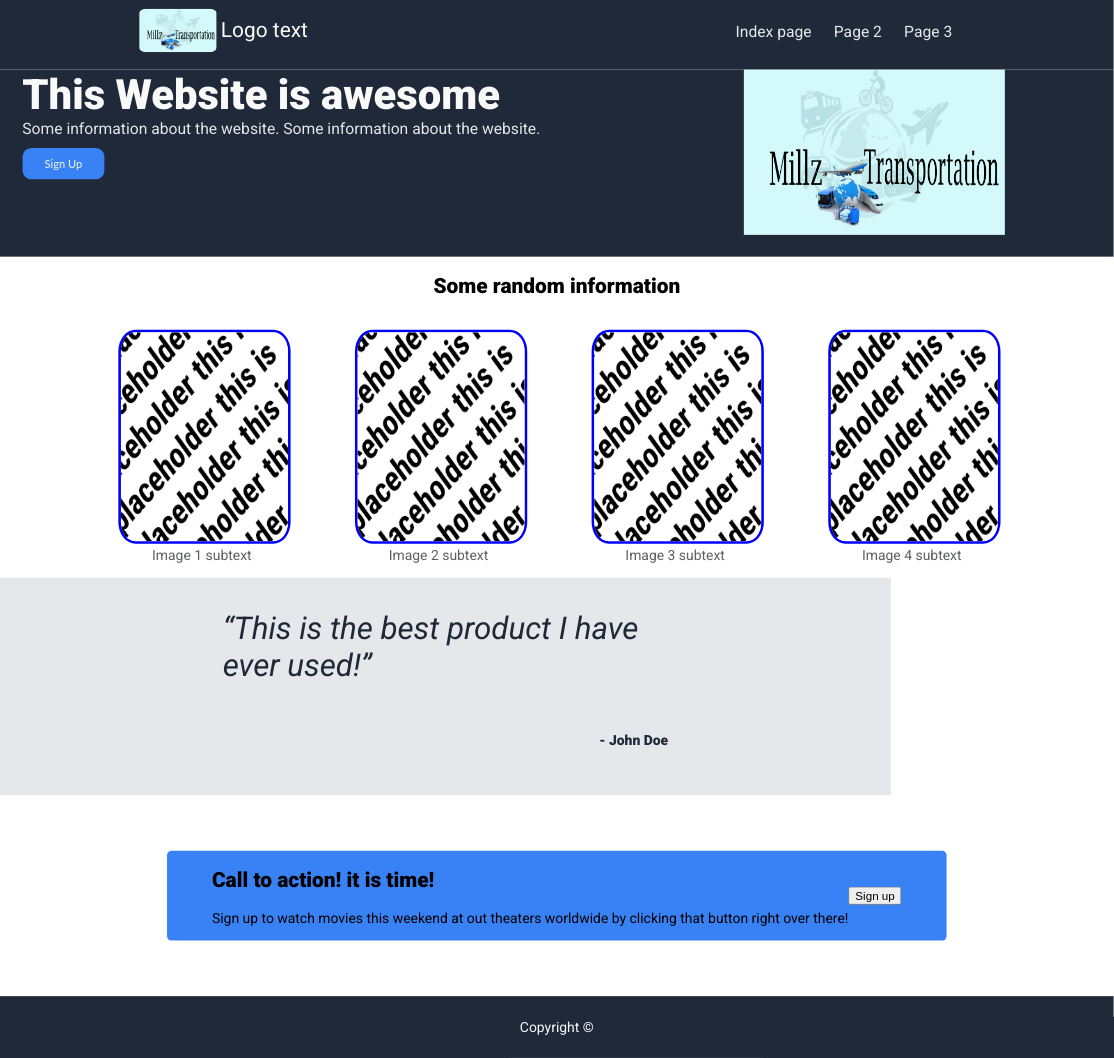
Repository: MikkyPrestige/css-assignment
Page: index.html
These files come from the project's save history. The page is drawn as it stood at one moment and after the next save; the edit follows.
The browser window is 1280 px wide. The pictures show the whole page, at 87% of full size.

Above is the page before, as saved 2023-04-27 02:38:55.

After the next save:
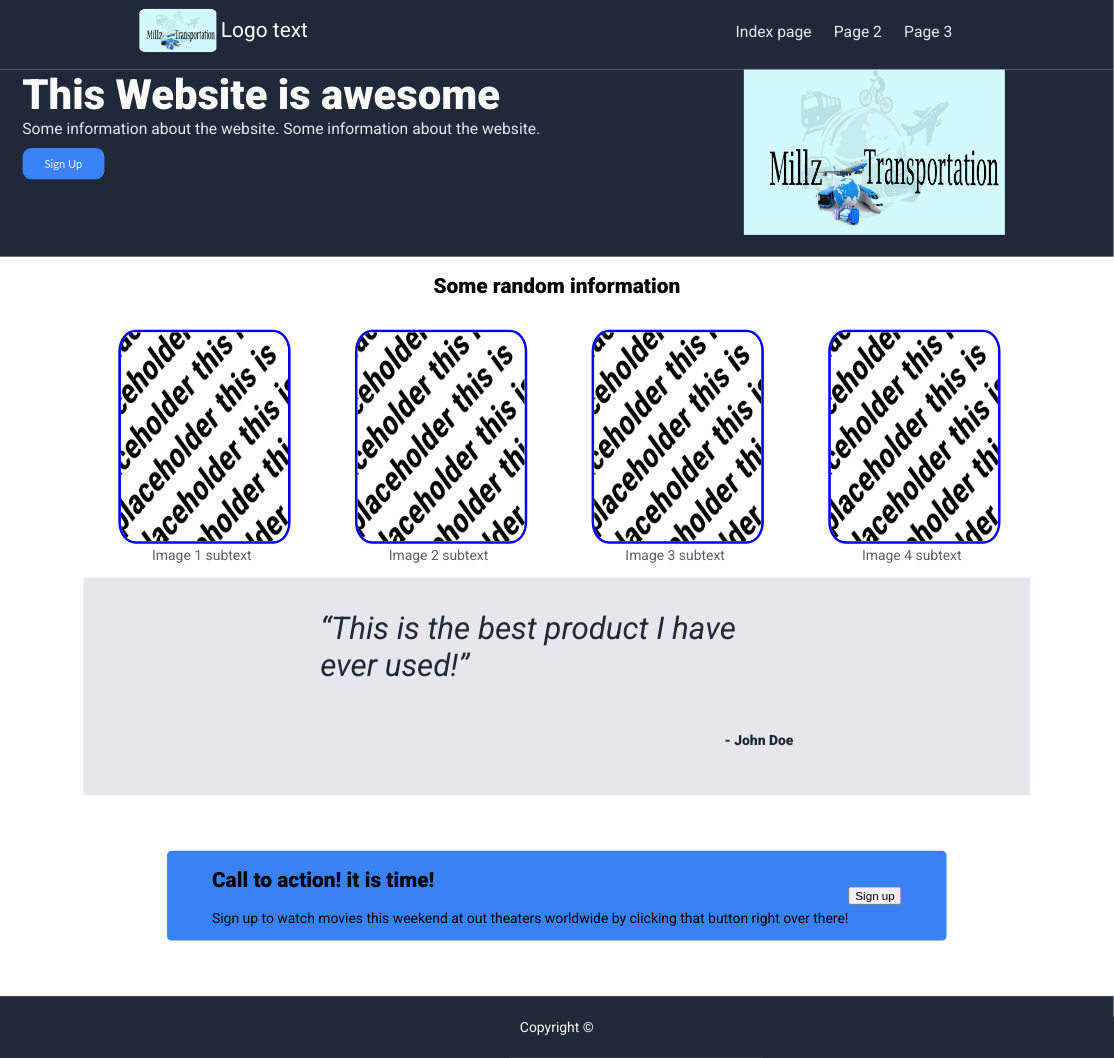
Saved 8 s later.
--- a/styles/index.css
+++ b/styles/index.css
@@ -171,12 +171,12 @@
 /* CSS for section 3 of index */
 .section-3 {
     height: 250px;
-		width: 80%;
+		width: 85%;
 	background-color: #E5E7EB;
     display: flex;
     justify-content: center;
 		align-items: center;
-		/* margin: auto; */
+		margin: auto;
 }
 
 /* Automatic slideshow */
